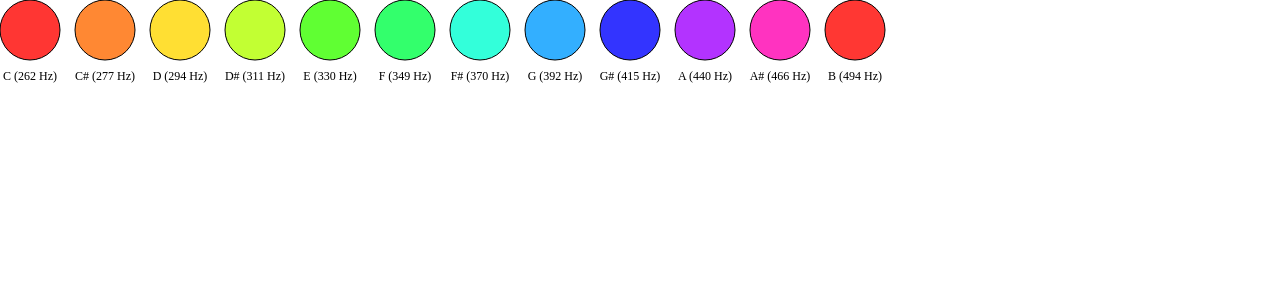
Repository: studiorichie/richielau.com
Page: assets/sound-to-color.html
An editor plug-in stored every save of this project. The page is shown before and after the next save, followed by the edit.
The browser window is 1280 px wide. The pictures show the whole page.
The pointer rests on the first visible `.key-circle`.

Above is the page before, as saved 2024-11-06 20:28:26.

After the next save:
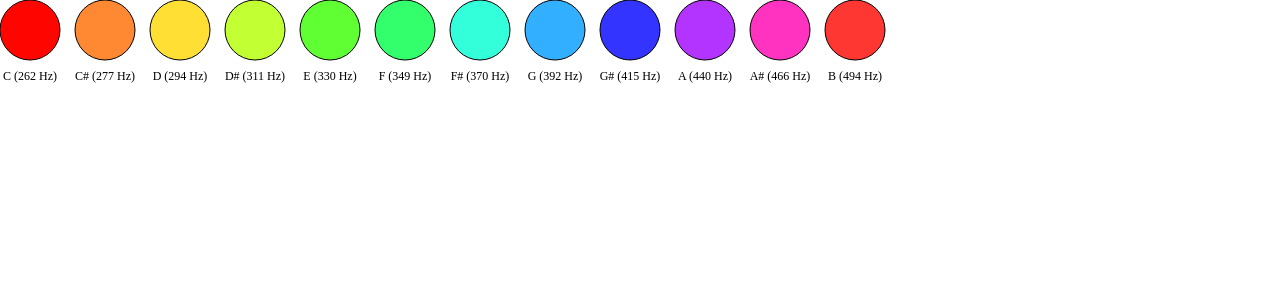
Saved 8 min 27 s later.
--- a/assets/sound-to-color.html
+++ b/assets/sound-to-color.html
@@ -26,9 +26,12 @@
             -webkit-tap-highlight-color: transparent;
             transition: transform 0.2s, filter 0.2s, fill-opacity 0.2s;
         }
-
+        .key-circle:hover {
+            fill-opacity: 1;
+            filter: brightness(1.2);
+        }
         .key-circle:active {
-            transform: scale(0.8);
+            transform: scale(0.9);
             filter: brightness(0.8);
         }
         .label {
